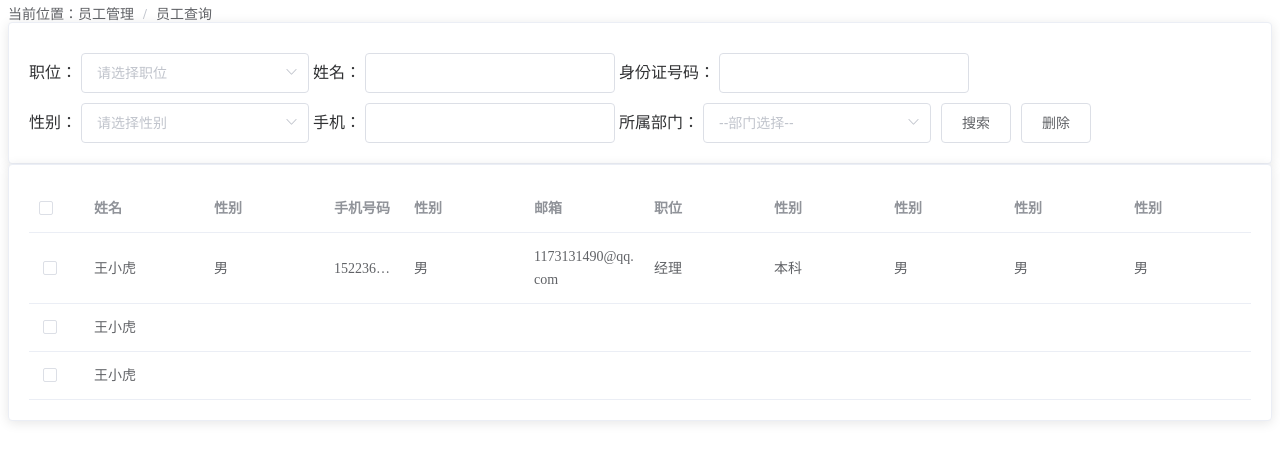
Repository: YUNjwyao/vue_hrm
Page: /#/employee
These files come from the project's save history. The page is drawn as it stood at one moment and after the next save; the edit follows.
The browser window is 1280 px wide. The pictures show the whole page.
The project was rebuilt for these pictures with package versions that can differ from the ones it lists, and the page was loaded fresh each time.

Above is the page before, as saved 2020-10-15 19:44:08.

### src/App.vue
<template>
  <div id="app">
     <!-- 路由占位符 -->
     <router-view></router-view>
  </div>
</template>

<script>

export default {

}
</script>

<style lang="less" scoped>

</style>

### src/router/index.js
import Vue from 'vue'
import VueRouter from 'vue-router'
import EmployeeQuery from '../components/Employee/EmployeeQuery.vue'

Vue.use(VueRouter)

const routes = [
 {
   path: '/employee',component: EmployeeQuery
 }
]

const router = new VueRouter({
  routes
})

export default router

### src/plugins/element.js
import Vue from 'vue'
import {
    Button,
    Breadcrumb,
    BreadcrumbItem,
    Card,
    Select,
    Option,
    Input,
    Row,
    Table,
    TableColumn
} from 'element-ui'


Vue.use(Button)
Vue.use(Breadcrumb)
Vue.use(BreadcrumbItem)
Vue.use(Card)
Vue.use(Select)
Vue.use(Option)
Vue.use(Input)
Vue.use(Row)
Vue.use(Table)
Vue.use(TableColumn)

### src/components/Employee/EmployeeQuery.vue
<template>
  <div class="employee">
    <!-- 面包屑导航 -->
    <el-breadcrumb separator="/">
      <el-breadcrumb-item>当前位置：员工管理</el-breadcrumb-item>
      <el-breadcrumb-item><a href="/">员工查询</a></el-breadcrumb-item>
    </el-breadcrumb>
    <!-- 查询输入框 -->
    <el-card>
      <el-row>
        职位：
        <el-select v-model="value" placeholder="请选择职位">
          <el-option
            v-for="item in options"
            :key="item.value"
            :label="item.label"
            :value="item.value"
          >
          </el-option>
        </el-select>
        姓名：
        <el-input v-model="input"></el-input>
        身份证号码：
        <el-input v-model="input"></el-input>
      </el-row>
	  <el-row>
        性别：
        <el-select v-model="value" placeholder="请选择性别">
          <el-option
            v-for="item in optionsSex"
            :key="item.value"
            :label="item.label"
            :value="item.value"
          >
          </el-option>
        </el-select>
        手机：
        <el-input v-model="input"></el-input>
       所属部门：
        <el-select v-model="value" placeholder="--部门选择--">
          <el-option
            v-for="item in optionsDoor"
            :key="item.value"
            :label="item.label"
            :value="item.value"
          >
          </el-option>
        </el-select>
		<el-button>搜索</el-button>
		<el-button>删除</el-button>
      </el-row>
    </el-card>
	<!-- Table表格 -->
	<el-card>
		 <el-table
    ref="multipleTable"
    :data="tableData"
    tooltip-effect="dark"
    style="width: 100%"
    @selection-change="handleSelectionChange">
    <el-table-column
      type="selection"
      width="55">
    </el-table-column>
    <el-table-column
	  prop="name"
      label="姓名"
      width="120">
      <template slot-scope="scope">{{ scope.row.name }}</template>
    </el-table-column>
    <el-table-column
      prop="sex"
      label="性别"
      width="120">
    </el-table-column>
    <el-table-column
      prop="phone"
      label="手机号码"
      show-overflow-tooltip>
    </el-table-column>
	<el-table-column
      prop="sex"
      label="性别"
      width="120">
    </el-table-column>
	<el-table-column
      prop="email"
      label="邮箱"
      width="120">
    </el-table-column>
	<el-table-column
      prop="job"
      label="职位"
      width="120">
    </el-table-column>
	<el-table-column
      prop="education"
      label="性别"
      width="120">
    </el-table-column>
	<el-table-column
      prop="sex"
      label="性别"
      width="120">
    </el-table-column>
	<el-table-column
      prop="sex"
      label="性别"
      width="120">
    </el-table-column>
<el-table-column
      prop="sex"
      label="性别"
      width="120">
    </el-table-column>
	<el-table-column
      prop="sex"
      label="性别"
      width="120">
    </el-table-column>
  </el-table>
	</el-card>
  </div>
</template>

<script>
export default {
  data() {
    return {
      options: [
        {
          value: "选项1",
          label: "经理",
        },
        {
          value: "选项2",
          label: "职员",
        },
	  ],
	  optionsSex: [
        {
          value: "选项1",
          label: "男",
        },
        {
          value: "选项2",
          label: "女",
        },
	  ],
	  optionsDoor: [
        {
          value: "选项1",
          label: "技术部",
        },
        {
          value: "选项2",
          label: "运营部",
        },
	  ],
	    tableData: [{
		  name: '王小虎',
		  sex: '男',
		  phone: '1522369825',
		  email: '1173131490@qq.com',
		  job: '经理',
		  education: '本科',
          address: '上海市普陀区金沙江路 1518 弄'
        }, {
          date: '2016-05-02',
          name: '王小虎',
          address: '上海市普陀区金沙江路 1518 弄'
        }, {
          date: '2016-05-04',
          name: '王小虎',
          address: '上海市普陀区金沙江路 1518 弄'
        }],
        multipleSelection: []
    };
  },
  methods: {
      toggleSelection(rows) {
        if (rows) {
          rows.forEach(row => {
            this.$refs.multipleTable.toggleRowSelection(row);
          });
        } else {
          this.$refs.multipleTable.clearSelection();
        }
      },
      handleSelectionChange(val) {
        this.multipleSelection = val;
      }
    }
};
</script>

<style lang="less" scoped>
.el-input {
  width: 250px;
}
.el-row{
	margin-top: 10px;
}
.el-button{
	margin-left: 10px;
}
</style>

Loaded but not shown: public/index.html (common file); src/main.js (common file); src/store/index.js (common file)

After the next save:
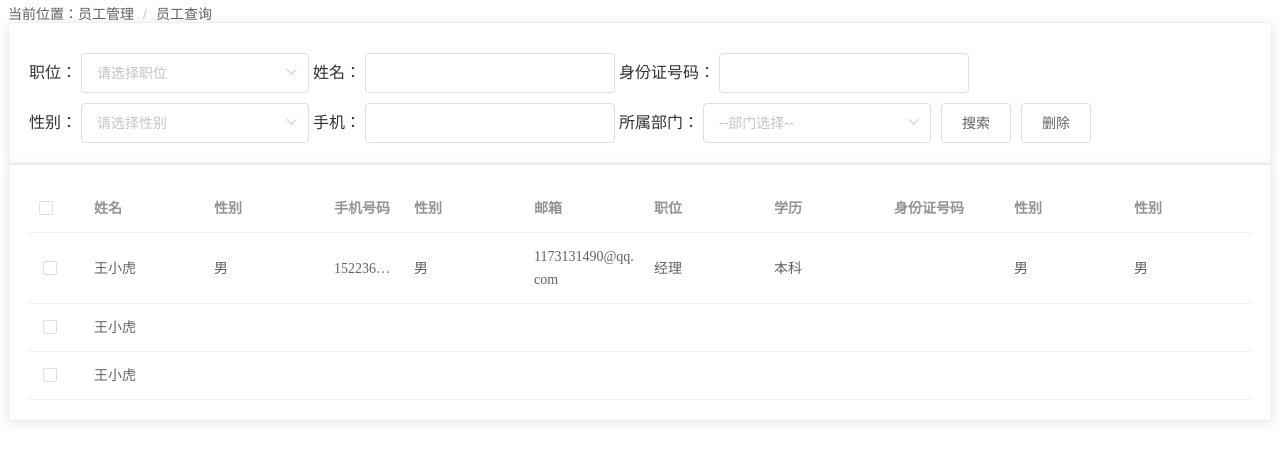
Saved 43 s later.
--- a/src/components/Employee/EmployeeQuery.vue
+++ b/src/components/Employee/EmployeeQuery.vue
@@ -95,12 +95,12 @@
     </el-table-column>
 	<el-table-column
       prop="education"
-      label="性别"
-      width="120">
-    </el-table-column>
-	<el-table-column
-      prop="sex"
-      label="性别"
+      label="学历"
+      width="120">
+    </el-table-column>
+	<el-table-column
+      prop="IdNumber"
+      label="身份证号码"
       width="120">
     </el-table-column>
 	<el-table-column
